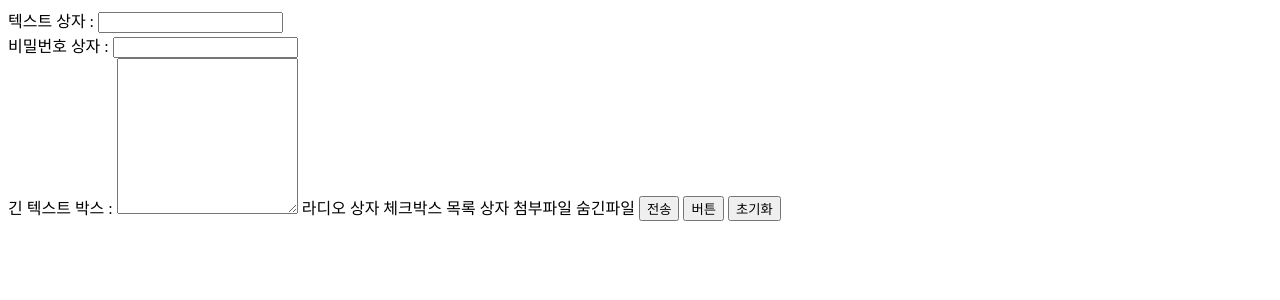
Repository: hololog/workspace_jsp1
Page: JspStudy/src/main/webapp/js1/Test12.html
An editor plug-in stored every save of this project. The page is shown before and after the next save, followed by the edit.
The browser window is 1280 px wide. The pictures show the whole page.

Above is the page before, as saved 2021-12-09 06:51:58.

After the next save:
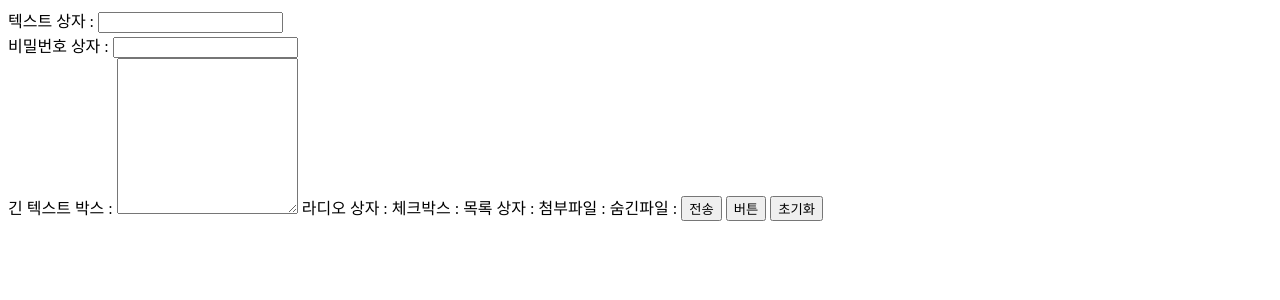
Saved 9 s later.
--- a/JspStudy/src/main/webapp/js1/Test12.html
+++ b/JspStudy/src/main/webapp/js1/Test12.html
@@ -13,11 +13,11 @@
   텍스트 상자 : <input type="text" name="id"><br>
   비밀번호 상자 : <input type="password" name="pass"><br>
   긴 텍스트 박스 : <textarea rows="10" cols="20" name="ta"></textarea>
-  라디오 상자
-  체크박스
-  목록 상자
-  첨부파일
-  숨긴파일
+  라디오 상자 :
+  체크박스 :
+  목록 상자 :
+  첨부파일 :
+  숨긴파일 :
   <input type="submit" value="전송">
 <!--   form태그의 데이터를 전송하는 역학 -->
   <input type="button" value="버튼">
